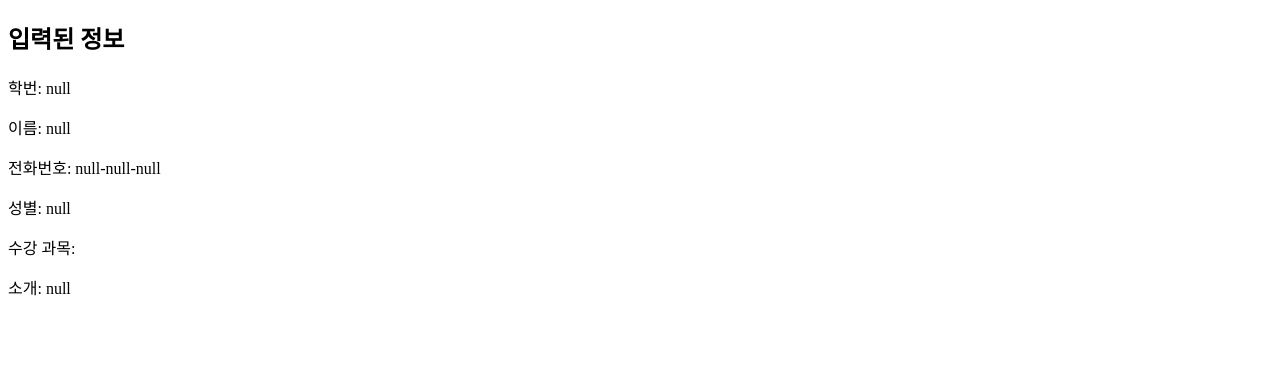
Repository: xxeionw/java_form
Page: http://localhost/formpro/result.jsp
The author's editor kept a copy of each file at every save. The page is drawn from the files as they stood at one save, then again after the next save.
The browser window is 1280 px wide. The pictures show the whole page.
The page is served by Tomcat 9.

Above is the page before, as saved 2025-05-26 11:07:24.

After the next save:
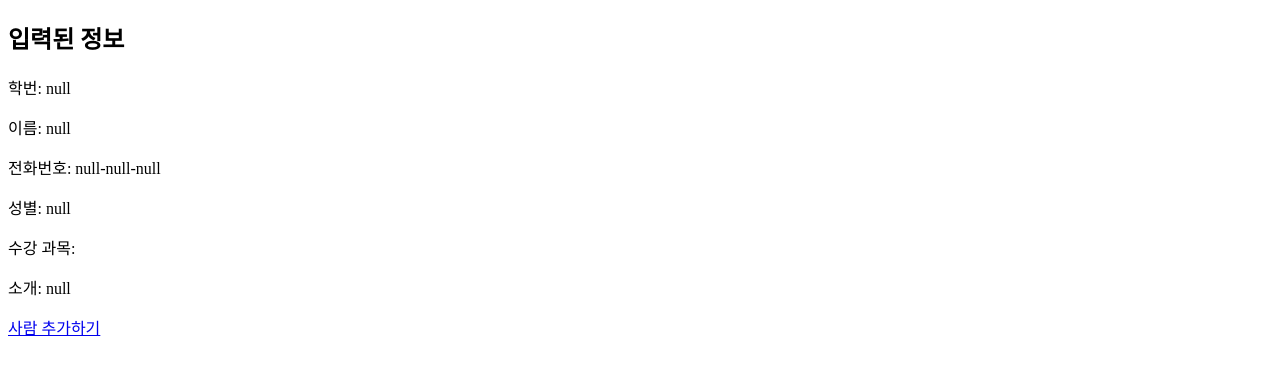
Saved 7 min 6 s later.
--- a/formpro/src/main/webapp/result.jsp
+++ b/formpro/src/main/webapp/result.jsp
@@ -42,5 +42,6 @@
         }
     %>
     <p>소개: <%= student1.getComment() %></p>
+	<p> <a href="./form.jsp">사람 추가하기</a>
 </body>
 </html>
